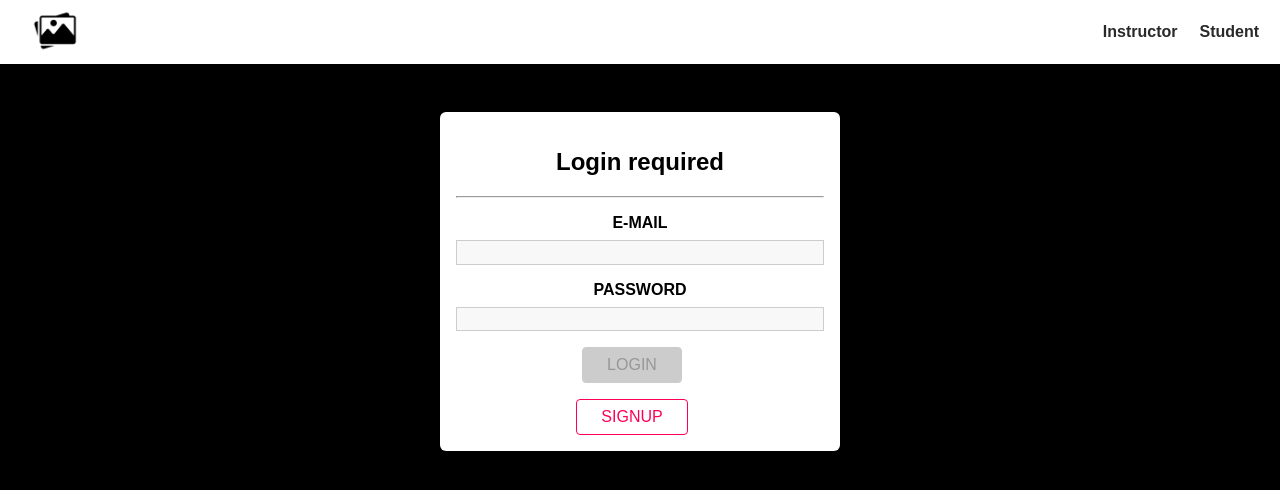
Repository: TanviSanyal/ImageEditingBootcamp
Page: /auth
The author's editor kept a copy of each file at every save. The page is drawn from the files as they stood at one save, then again after the next save.
The browser window is 1280 px wide. The pictures show the whole page.
The project was rebuilt for these pictures with package versions that can differ from the ones it lists, and the page was loaded fresh each time. Also part of the build but not shown: src/App.css, src/shared/components/navigation/SideDrawer.css, src/shared/components/navigation/SideDrawer.js, src/shared/components/UIElements/Backdrop.css, src/shared/components/UIElements/Backdrop.js, src/users/student/Student_Auth.js, src/shared/Home.css, src/shared/Home.js.

Above is the page before, as saved 2020-09-27 16:41:49.

### public/index.html
<!DOCTYPE html>
<html lang="en">
  <head>
    <meta charset="utf-8" />
    <link rel="icon" href="%PUBLIC_URL%/favicon.ico" />
    <meta name="viewport" content="width=device-width, initial-scale=1" />
    <meta name="theme-color" content="#000000" />
    <meta
      name="description"
      content="Web site created using create-react-app"
    />
    <link rel="apple-touch-icon" href="%PUBLIC_URL%/logo192.png" />
    <link rel="manifest" href="%PUBLIC_URL%/manifest.json" />
    <title>React App</title>
  </head>
  <body>
    <noscript>You need to enable JavaScript to run this app.</noscript>
    <div id="backdrop-hook"></div>
    <div id="modal-hook"></div>
    <div id="drawer-hook"></div>
    <div id="root"></div>
  </body>
</html>

### src/index.css
@import url('https://fonts.googleapis.com/css?family=Open+Sans:400,700&display=swap');

* {
  box-sizing: border-box;
}

html {
  font-family:Arial, Helvetica, sans-serif;
	font-weight:normal;
}

body {
  margin: 0;
  background: black;
}

### src/App.js
import React from 'react';
import {
  BrowserRouter as Router,
  Route,
  Redirect,
  Switch
} from 'react-router-dom';
import './App.css'
import MainNavigation from '../src/shared/components/navigation/MainNavigation';
import Auth from './users/instructor/Auth';
import Student_Auth from './users/student/Student_Auth'
import Home from './shared/Home';


const App = () => {

//  let routes=(<Switch>
//     <Route path="/" exact>
//           <Home />
//         </Route>
//     <Route path="/auth" exact>
//       <Auth />
//     </Route>
//     <Route path="/studentauth">
//       <Student_Auth />
//     </Route>
//     <Redirect to="/" />
//   </Switch>);

  return (
    <>
    <Router>
      <MainNavigation />
      <main>
      <Switch>
    <Route path="/" exact>
          <Home />
        </Route>
    <Route path="/auth" exact>
      <Auth />
    </Route>
    <Route path="/studentauth">
      <Student_Auth />
    </Route>
    <Redirect to="/" />
  </Switch>
      </main>
    </Router>
    </>
  );
};

export default App;

### src/shared/components/navigation/MainNavigation.js
import React, { useState } from 'react';
import { Link } from 'react-router-dom';
import logo from '../../../../src/images/image.jpg';

import MainHeader from './MainHeader';
import NavLinks from './NavLinks';
import SideDrawer from './SideDrawer';
import Backdrop from '../UIElements/Backdrop';
import './MainNavigation.css';

const MainNavigation = props => {
  // const [drawerIsOpen, setDrawerIsOpen] = useState(false);

  // const openDrawerHandler = () => {
  //   setDrawerIsOpen(true);
  // };

  // const closeDrawerHandler = () => {
  //   setDrawerIsOpen(false);
  // };

  return (
    <React.Fragment>


      <MainHeader>

        <div >
        <a className="main-navigation__logo" href="/"><img src={logo}/></a>
        </div>
        <div className="main-navigation__header-nav">
          <NavLinks />
        </div>
      </MainHeader>
    </React.Fragment>
  );
};

export default MainNavigation;

### src/users/instructor/Auth.js
import React, { useState, useContext } from 'react';
import './Auth.css';
import Card from '../../shared/components/UIElements/Card';
import Input from '../../shared/components/FormElements/Input';
import Button from '../../shared/components/FormElements/Button';
import { VALIDATOR_EMAIL, VALIDATOR_MINLENGTH, VALIDATOR_REQUIRE } from '../../shared/util/validators';
import { useForm } from '../../shared/custom_hooks/form-hook';
import { AuthContext } from '../../shared/context/auth-context'

const Auth = (props) => {

    const auth = useContext(AuthContext);

    const [isLoginMode, setIsLoginMode] = useState(true);

    const [formState, inputHandler, setFormData] = useForm({
        email: {
            value: '',
            isValid: false
        },
        password: {
            value: '',
            isValid: false
        }

    }, false);

    const authSubmitHandler = event => {
        event.preventDefault();
        // console.log(formState.inputs);
        auth.login();
    };

    const switchModeHandler = () => {
        if (!isLoginMode) {
            setFormData({
                ...formState.inputs,
                name: undefined
            }, formState.inputs.email.isValid && formState.inputs.password.isValid);
        }
        else {
            setFormData({
                ...formState.inputs,
                name: {
                    value: '',
                    isValid: false
                }
            }, false);
        }

        setIsLoginMode(prevMode => !prevMode);
    };

    return (
        <>
        <Card className="authentication">
            <h2>Login required</h2>
            <hr />
            <form onSubmit={authSubmitHandler}>
                {!isLoginMode && (<Input id="name"
                    element="input"
                    type="text"
                    label="NAME"
                    validators={[VALIDATOR_REQUIRE()]}
                    errorText="Please enter a name."
                    onInput={inputHandler}
                />)}
                <Input id="email"
                    element="input"
                    type="email"
                    label="E-MAIL"
                    validators={[VALIDATOR_EMAIL()]}
                    errorText="Please enter a valid email address"
                    onInput={inputHandler}
                />
                <Input id="password"
                    element="input"
                    type="password"
                    label="PASSWORD"
                    validators={[VALIDATOR_MINLENGTH(5)]}
                    errorText="Please enter a valid password. Atleast 5 charecters"
                    onInput={inputHandler}
                />
                <Button type="submit" disabled={!formState.isValid} >
                    {isLoginMode ? 'LOGIN' : 'SIGNUP'}
                </Button>
            </form>
            <Button inverse onClick={switchModeHandler}>{isLoginMode ? 'SIGNUP' : 'LOGIN'}</Button>
        </Card>
        </>
    );
};

export default Auth;

### src/shared/components/navigation/MainHeader.js
import React from 'react';

import './MainHeader.css';

const MainHeader = props => {
  return <header className="main-header">{props.children}</header>;
};

export default MainHeader;

### src/shared/components/navigation/NavLinks.js
import React,{useContext} from 'react';
import './NavLinks.css';
import {NavLink} from 'react-router-dom';
 import {AuthContext} from '../../context/auth-context';

const NavLinks = props => {

     const auth = useContext(AuthContext);
    return(
        <ul className="nav-links">
            <li>
                <NavLink to="/auth" exact><b>Instructor</b></NavLink>
            </li>
           <li>
                <NavLink to="/studentauth"><b>Student</b></NavLink>
            </li>
        </ul>
    );
};

export default NavLinks;

### src/shared/components/navigation/MainNavigation.css

  .main-navigation__header-nav {
    display: block;
  }
  .main-navigation__logo{
    margin-left: 2rem;
  }
  img{
    height:20%;
    width: 20%;
  }

### src/shared/components/FormElements/Input.js
import React,{useReducer,useEffect} from 'react';
import './Input.css';
import {validate} from '../../util/validators';

const inputReducer = (state,action) =>{
    switch (action.type) {
        case 'CHANGE':
            return {
                ...state,
                value:action.val,
                isValid:validate(action.val,action.validators)
            };
        case 'TOUCH':
            return{
                ...state,
                isTouched:true
            };
        default:
            return state;
    }
};


const Input = props => {

    const [inputState,dispatch] = useReducer(inputReducer,{value:props.initialValue || '', isValid:props.initialValid ||false ,isTouched:false});

    const touchHandler = () => {
        dispatch({
            type:'TOUCH'
        });
    };

    const {id,onInput}=props;
    const {value,isValid}=inputState;

    useEffect(() => {
        onInput(id,value,isValid)
    },[id,value,isValid,inputState]);

    const changeHandler = event => {
        dispatch({type:'CHANGE', val:event.target.value, validators: props.validators});
    };

    const element = props.element==='input' ? (<input id={props.id}
                                                      type={props.type}
                                                      placeholder={props.placeholder}
                                                      onChange={changeHandler}
                                                      onBlur={touchHandler}
                                                      value={inputState.value}
                                                      />)
    : (<textarea id={props.id}
                 rows={props.rows || 3}
                 onChange={changeHandler}
                 onBlur={touchHandler}
                 value={inputState.value}/>);
    return (
        <div className={`form-control ${!inputState.isValid && inputState.isTouched && 'form-control--invalid'}`}>
            <label htmlFor={props.id}>{props.label}</label>
            {element}
            {!inputState.isValid && inputState.isTouched && <p>{props.errorText}</p>}
        </div>
    );
};

export default Input;

### src/shared/components/FormElements/Button.js
import React from 'react';
import { Link } from 'react-router-dom';

import './Button.css';

const Button = props => {
  if (props.href) {
    return (
      <a
        className={`button button--${props.size || 'default'} ${props.inverse &&
          'button--inverse'} ${props.danger && 'button--danger'}`}
        href={props.href}
      >
        {props.children}
      </a>
    );
  }
  if (props.to) {
    return (
      <Link
        to={props.to}
        exact={props.exact}
        className={`button button--${props.size || 'default'} ${props.inverse &&
          'button--inverse'} ${props.danger && 'button--danger'}`}
      >
        {props.children}
      </Link>
    );
  }
  return (
    <button
      className={`button button--${props.size || 'default'} ${props.inverse &&
        'button--inverse'} ${props.danger && 'button--danger'}`}
      type={props.type}
      onClick={props.onClick}
      disabled={props.disabled}
    >
      {props.children}
    </button>
  );
};

export default Button;

### src/shared/util/validators.js
const VALIDATOR_TYPE_REQUIRE = 'REQUIRE';
const VALIDATOR_TYPE_MINLENGTH = 'MINLENGTH';
const VALIDATOR_TYPE_MAXLENGTH = 'MAXLENGTH';
const VALIDATOR_TYPE_MIN = 'MIN';
const VALIDATOR_TYPE_MAX = 'MAX';
const VALIDATOR_TYPE_EMAIL = 'EMAIL';
const VALIDATOR_TYPE_FILE = 'FILE';

export const VALIDATOR_REQUIRE = () => ({ type: VALIDATOR_TYPE_REQUIRE });
export const VALIDATOR_FILE = () => ({ type: VALIDATOR_TYPE_FILE });
export const VALIDATOR_MINLENGTH = val => ({
  type: VALIDATOR_TYPE_MINLENGTH,
  val: val
});
export const VALIDATOR_MAXLENGTH = val => ({
  type: VALIDATOR_TYPE_MAXLENGTH,
  val: val
});
export const VALIDATOR_MIN = val => ({ type: VALIDATOR_TYPE_MIN, val: val });
export const VALIDATOR_MAX = val => ({ type: VALIDATOR_TYPE_MAX, val: val });
export const VALIDATOR_EMAIL = () => ({ type: VALIDATOR_TYPE_EMAIL });

export const validate = (value, validators) => {
  let isValid = true;
  for (const validator of validators) {
    if (validator.type === VALIDATOR_TYPE_REQUIRE) {
      isValid = isValid && value.trim().length > 0;
    }
    if (validator.type === VALIDATOR_TYPE_MINLENGTH) {
      isValid = isValid && value.trim().length >= validator.val;
    }
    if (validator.type === VALIDATOR_TYPE_MAXLENGTH) {
      isValid = isValid && value.trim().length <= validator.val;
    }
    if (validator.type === VALIDATOR_TYPE_MIN) {
      isValid = isValid && +value >= validator.val;
    }
    if (validator.type === VALIDATOR_TYPE_MAX) {
      isValid = isValid && +value <= validator.val;
    }
    if (validator.type === VALIDATOR_TYPE_EMAIL) {
      isValid = isValid && /^\S+@\S+\.\S+$/.test(value);
    }
  }
  return isValid;
};

### src/shared/custom_hooks/form-hook.js
import { useCallback, useReducer } from 'react';

const formReducer = (state, action) => {
  switch (action.type) {
    case 'INPUT_CHANGE':
      let formIsValid = true;
      for (const inputId in state.inputs) {
        if(!state.inputs[inputId])
        {
          continue;
        }
        if (inputId === action.inputId) {
          formIsValid = formIsValid && action.isValid;
        } else {
          formIsValid = formIsValid && state.inputs[inputId].isValid;
        }
      }
      return {
        ...state,
        inputs: {
          ...state.inputs,
          [action.inputId]: { value: action.value, isValid: action.isValid }
        },
        isValid: formIsValid
      };
    case 'SET_DATA':
      return {
        inputs: action.inputs,
        isValid: action.formIsValid
      };
    default:
      return state;
  }
};

export const useForm = (initialInputs, initialFormValidity) => {
  const [formState, dispatch] = useReducer(formReducer, {
    inputs: initialInputs,
    isValid: initialFormValidity
  });

  const inputHandler = useCallback((id, value, isValid) => {
    dispatch({
      type: 'INPUT_CHANGE',
      value: value,
      isValid: isValid,
      inputId: id
    });
  }, []);

  const setFormData = useCallback((inputData, formValidity) => {
    dispatch({
      type: 'SET_DATA',
      inputs: inputData,
      formIsValid: formValidity
    });
  }, []);

  return [formState, inputHandler, setFormData];
};

### src/shared/context/auth-context.js
import {createContext} from 'react';

export const AuthContext=  createContext({
    isLoggedIn : false,
    login: () => {},
    logout: () => {}
});

### src/users/student/Student_Auth.css
.authentication__header {
    color: white;
    text-align: center;
  }

  .authentication {
    width: 90%;
    max-width: 25rem;
    margin: 7rem auto;
    text-align: center;
  }

  .authentication form {
    margin-bottom: 1rem;
  }
  .experience{
    display: block;
    font-size:inherit;
    font-family: inherit;
  }
  .level{
    display: block;
  }

### src/shared/components/navigation/MainHeader.css
.main-header {
    width: 100%;
    height: 4rem;
    display: flex;
    align-items: center;
    position: fixed;
    top: 0;
    left: 0;
    background: white;
    justify-content: space-between;

  }
  main {
    margin-top: 5rem;
  }

### src/shared/components/navigation/NavLinks.css
.nav-links {
    list-style: none;
    margin: 0;
    padding: 0;
    width: 100%;
    height: 100%;
    display: flex;
    flex-direction: row;
    justify-content: center;
    align-items: center;
    margin-right: 2rem;
  }

  .nav-links li {
    margin-left: 2%;

  }

  .nav-links a {
    border: 1px solid transparent;
    color: #292929;
    text-decoration: none;
    padding: 0.5rem;
  }

  .nav-links a:hover,
  .nav-links a:active {
    background: black;
    border-color: #292929;
    color: white;
  }

  .nav-links button {
    cursor: pointer;
    border: 1px solid #292929;
    color: #292929;
    background: transparent;
    padding: 0.5rem;
    font: inherit;
  }

  .nav-links button:focus {
    outline: none;
  }

  .nav-links button:hover,
  .nav-links button:active {
    background: #292929;
    color: black;
  }

### src/shared/components/UIElements/Card.css
.card {
    margin: 0;
    box-shadow: 0 2px 8px rgba(0, 0, 0, 0.26);
    border-radius: 6px;
    padding: 1rem;
    overflow: hidden;
    background: white;
  }

### src/shared/components/FormElements/Input.css
.form-control {
    margin: 1rem 0;
  }

  .form-control label,
  .form-control input,
  .form-control textarea {
    display: block;
  }

  .form-control label {
    font-weight: bold;
    margin-bottom: 0.5rem;
  }

  .form-control input,
  .form-control textarea {
    width: 100%;
    font: inherit;
    border: 1px solid #ccc;
    background: #f8f8f8;
    padding: 0.15rem 0.25rem;
  }

  .form-control input:focus,
  .form-control textarea:focus {
    outline: none;
    background: #ebebeb;
    border-color: #510077;
  }

  .form-control--invalid label,
  .form-control--invalid p {
    color: red;
  }

  .form-control--invalid input,
  .form-control--invalid textarea {
    border-color: red;
    background: #ffd1d1;
  }

### src/shared/components/FormElements/Button.css
.button {
    font: inherit;
    padding: 0.5rem 1.5rem;
    border: 1px solid #ff0055;
    border-radius: 4px;
    background: #ff0055;
    color: white;
    cursor: pointer;
    margin-right: 1rem;
    text-decoration: none;
    display: inline-block;
  }

  .button:focus {
    outline: none;
  }

  .button:hover,
  .button:active {
    background: #ff4382;
    border-color: #ff4382;
  }

  .button--inverse {
    background: transparent;
    color: #ff0055;
  }

  .button--inverse:hover,
  .button--inverse:active {
    color: white;
    background: #ff0055;
  }

  .button--danger {
    background: #830000;
    border-color: #830000;
  }

  .button--danger:hover,
  .button--danger:active {
    background: #f34343;
    border-color: #f34343;
  }

  .button:disabled,
  .button:hover:disabled,
  .button:active:disabled {
    background: #ccc;
    color: #979797;
    border-color: #ccc;
    cursor: not-allowed;
  }

  .button--small {
    font-size: 0.8rem;
  }

  .button--big {
    font-size: 1.5rem;
  }

Loaded but not shown: src/index.js (common file); src/users/instructor/Auth.css (common file); src/shared/components/UIElements/Card.js (common file)

After the next save:
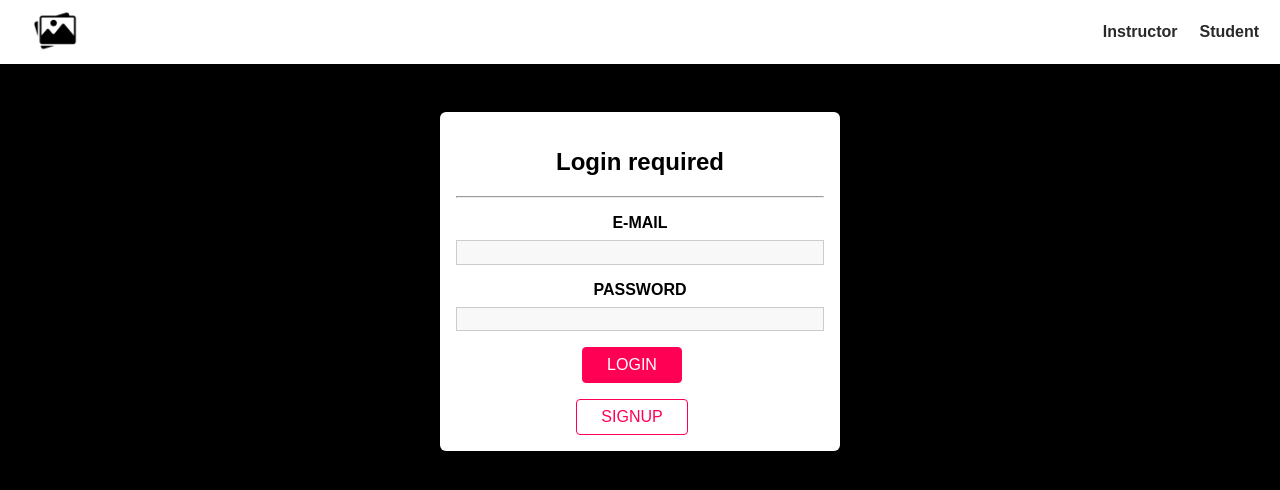
Saved 5 min 39 s later.
--- a/src/users/instructor/Auth.js
+++ b/src/users/instructor/Auth.js
@@ -81,7 +81,7 @@ const Auth = (props) => {
                     errorText="Please enter a valid password. Atleast 5 charecters"
                     onInput={inputHandler}
                 />
-                <Button type="submit" disabled={!formState.isValid} >
+                <Button  to="/instructor" type="submit" disabled={!formState.isValid} >
                     {isLoginMode ? 'LOGIN' : 'SIGNUP'}
                 </Button>
             </form>
